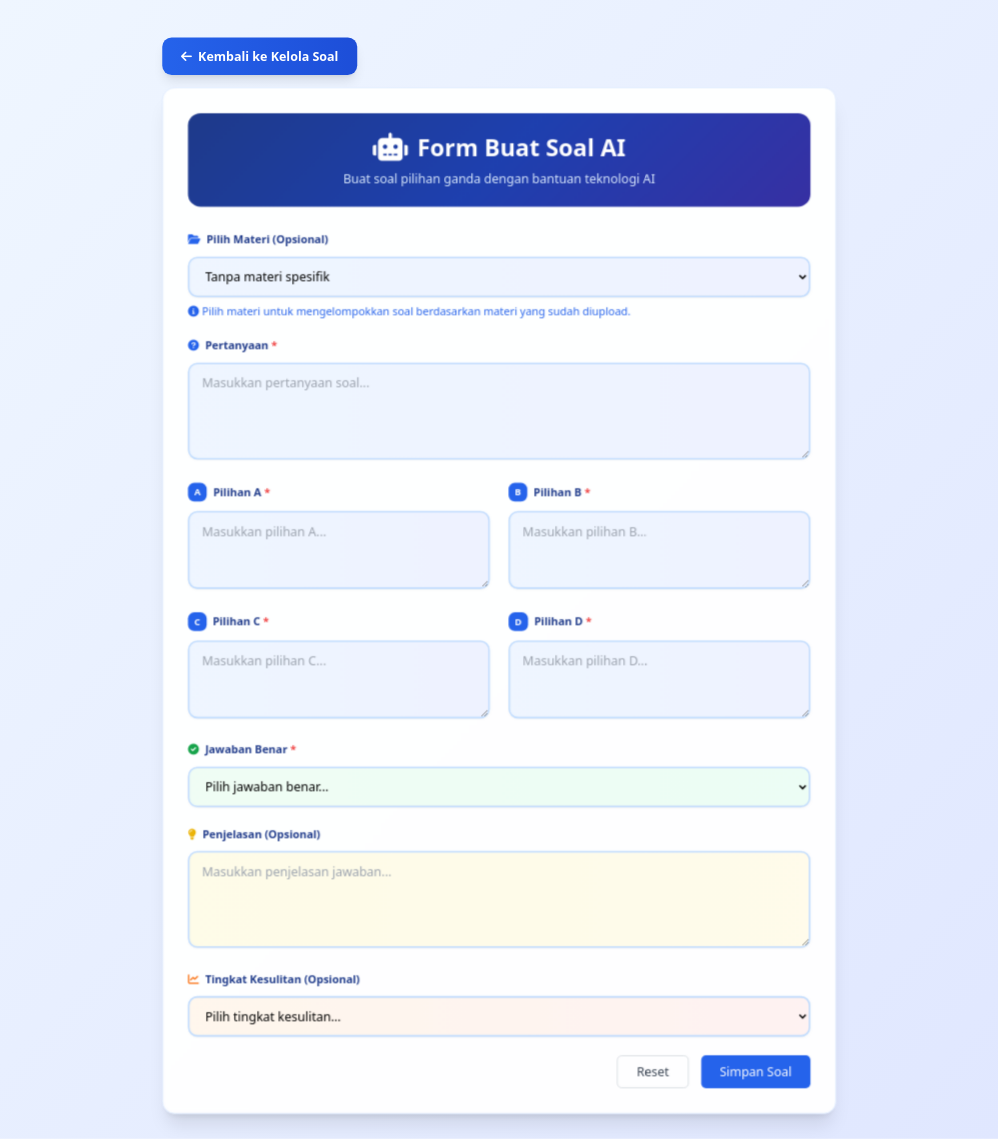
Repository: Autofat/LMS-MOOC
Page: http://localhost/questions/create
An editor plug-in stored every save of this project. The page is shown before and after the next save, followed by the edit.
The browser window is 1280 px wide. The pictures show the whole page, at 78% of full size.
Some web libraries are served in a nearby version. The page is served by the project's Laravel application, run on PHP 8.4 with Laravel 12. A made-up administrator, Test User (test@example.com), is signed in. Queries for data that is not in the repository find no rows.

Above is the page before, as saved 2025-08-01 13:16:32.
Console error: TypeError: Cannot set properties of null (setting 'textContent')

After the next save:
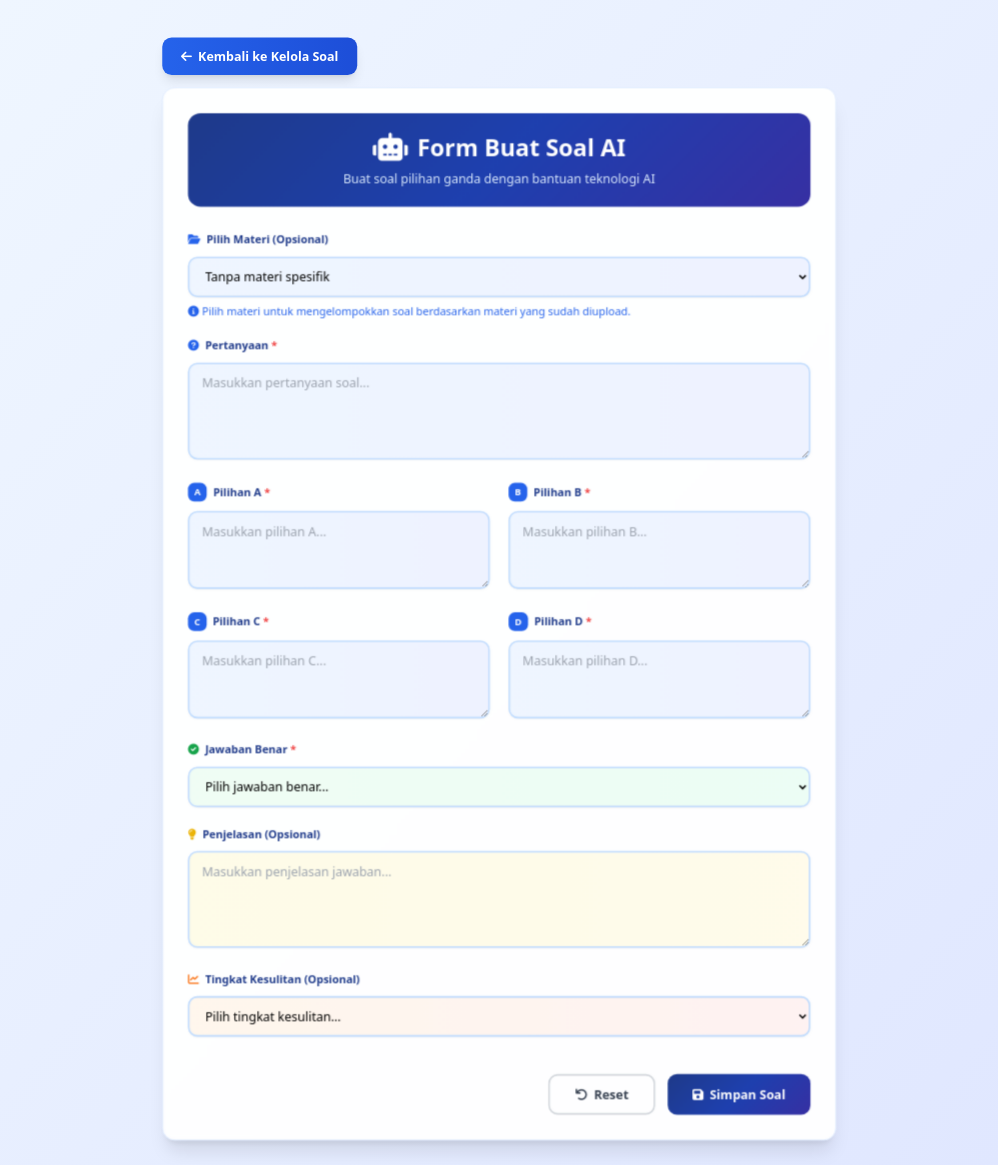
Saved 51 s later.
--- a/resources/views/form.blade.php
+++ b/resources/views/form.blade.php
@@ -204,14 +204,16 @@
                 </div>
 
                 <!-- Submit Button -->
-                <div class="flex justify-end space-x-4">
+                <div class="flex justify-end space-x-4 pt-6">
                     <button type="button" onclick="resetForm()"
-                        class="px-6 py-2 border border-gray-300 rounded-md text-gray-700 hover:bg-gray-50 focus:outline-none focus:ring-2 focus:ring-gray-500 focus:ring-offset-2 transition duration-200">
-                        Reset
+                        class="px-8 py-3 border-2 border-gray-300 rounded-xl text-gray-700 hover:bg-gray-50 hover:border-gray-400 focus:outline-none focus:ring-2 focus:ring-gray-500 focus:ring-offset-2 transition-all duration-300 font-semibold flex items-center space-x-2">
+                        <i class="fas fa-undo"></i>
+                        <span>Reset</span>
                     </button>
                     <button type="submit"
-                        class="px-6 py-2 bg-blue-600 text-white rounded-md hover:bg-blue-700 focus:outline-none focus:ring-2 focus:ring-blue-500 focus:ring-offset-2 transition duration-200">
-                        Simpan Soal
+                        class="px-8 py-3 professional-gradient text-white rounded-xl hover:shadow-xl focus:outline-none focus:ring-2 focus:ring-blue-500 focus:ring-offset-2 transition-all duration-300 font-semibold flex items-center space-x-2">
+                        <i class="fas fa-save"></i>
+                        <span>Simpan Soal</span>
                     </button>
                 </div>
             </form>
